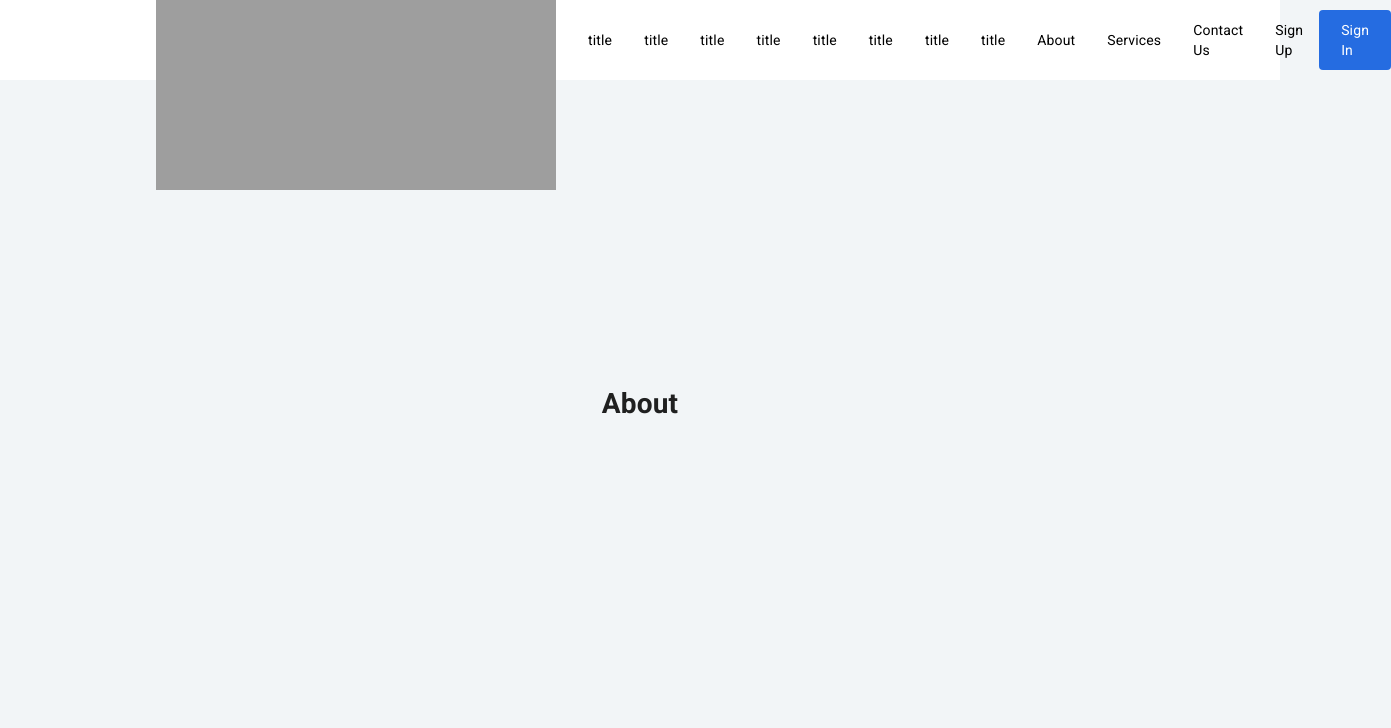
Repository: vinuvish/groundstandards_react
Page: /
These files come from the project's save history. The page is drawn as it stood at one moment and after the next save; the edit follows.
The browser window is 1280 px wide. The page is 1391 px wide, then 1280 px, so the pictures cover 1391 px, including what lies to the right of the window. The pictures show the whole page.
Pictures or frames that could not be fetched are drawn as grey boxes. The page's requests for data from a server got no answer. The project was rebuilt for these pictures with package versions that can differ from the ones it lists, and the page was loaded fresh each time. No one was signed in, and anything a server would have sent is missing. Also part of the build but not shown: src/pages/app/NotFoundPage.tsx, src/pages/app/SignUpPage.tsx, src/pages/app/AboutPage.tsx, src/pages/app/OurSolutionPage.tsx, src/pages/app/OurPartnerPage.tsx, src/pages/app/ResourcePage.tsx, src/pages/app/PressPage.tsx, src/pages/app/BlockPage.tsx and 1 more.

Above is the page before, as saved 2020-11-25 23:44:09.

After the next save:
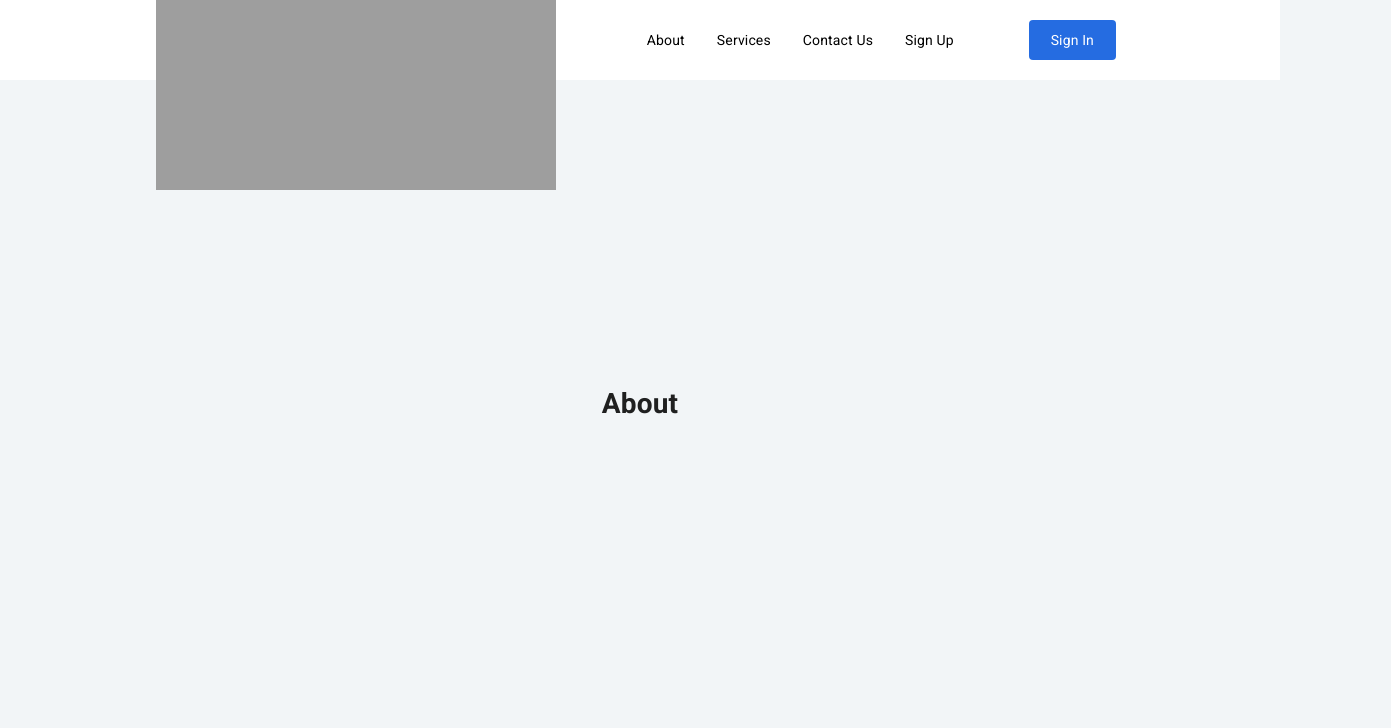
Saved 9 s later.
--- a/src/components/ZNavBar.tsx
+++ b/src/components/ZNavBar.tsx
@@ -27,11 +27,7 @@ function ZNavBar() {
 
                 <NavMenu>
 
-                    {navLinks.map(({ title, path }) => (
-                        <NavLink to='/about' >
-                            title
-                        </NavLink>
-                    ))}
+
                     <NavLink to='/about' >
                         About
               </NavLink>
